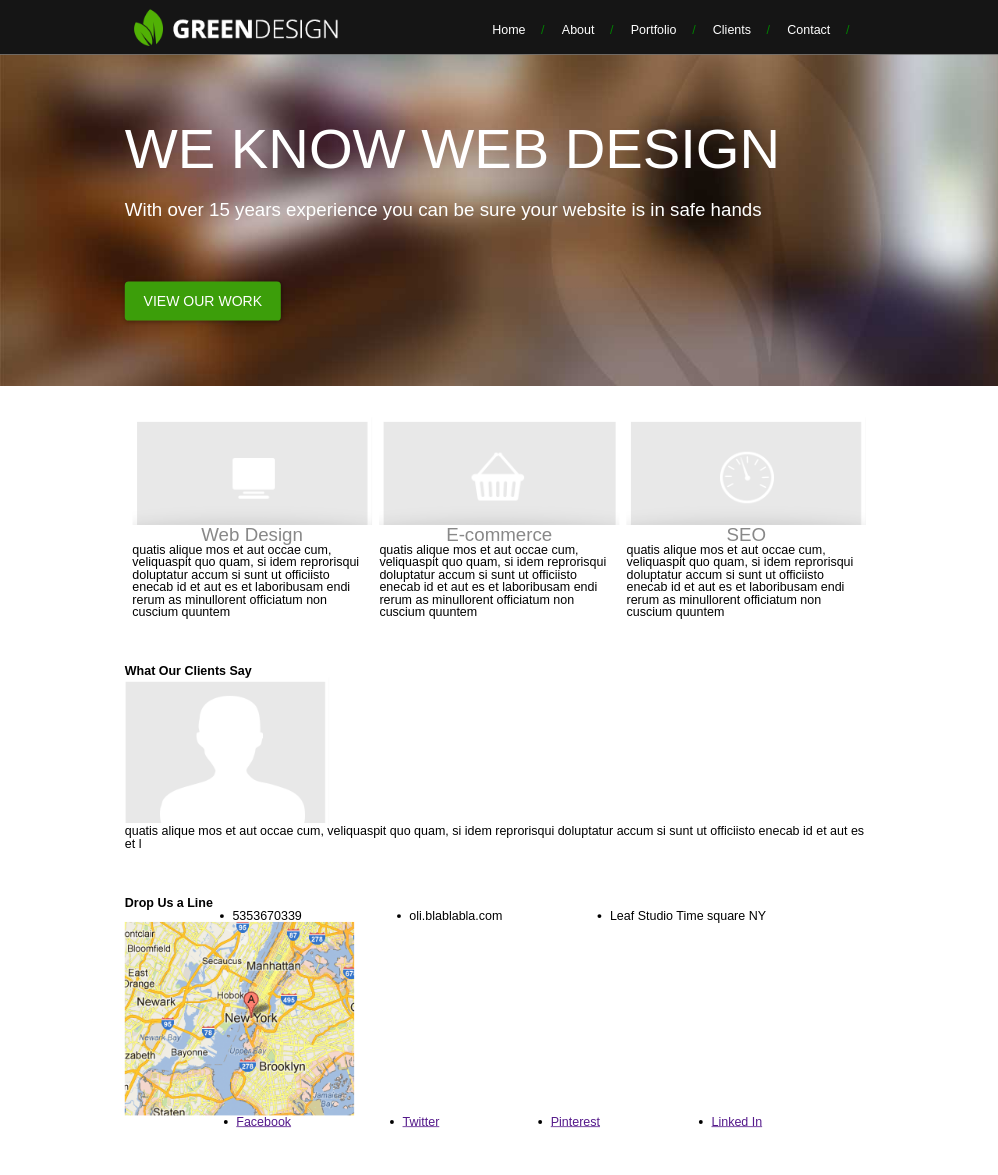
Repository: Piterwk1/psd-to-html
Page: website/index.html
The author's editor kept a copy of each file at every save. The page is drawn from the files as they stood at one save, then again after the next save.
The browser window is 1280 px wide. The pictures show the whole page, at 78% of full size.

Above is the page before, as saved 2021-09-14 21:20:21.

After the next save:
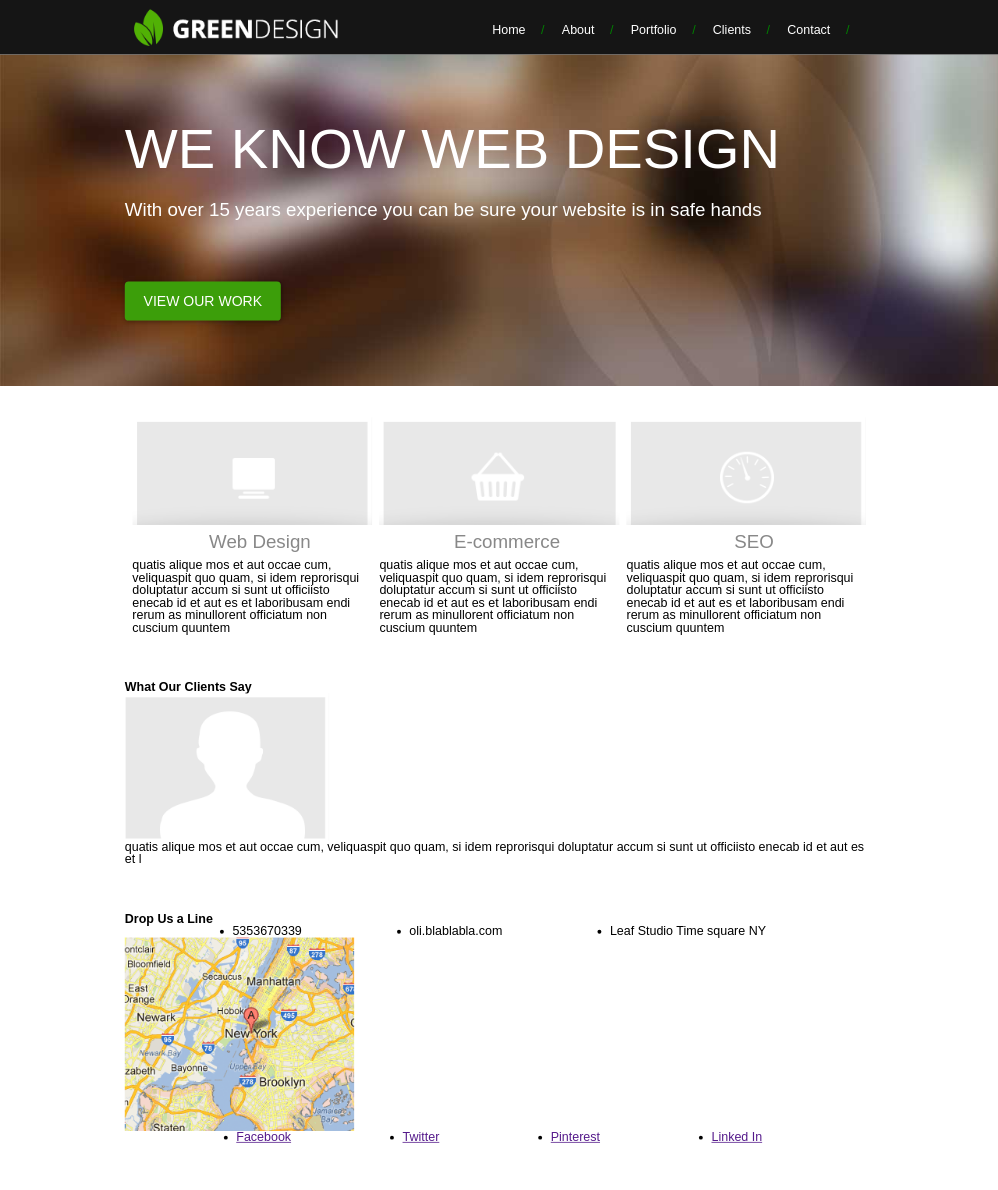
Saved 45 s later.
--- a/website/style.css
+++ b/website/style.css
@@ -310,5 +310,5 @@ section ul {
     color:  #888;
     font-size: 24px;
     font-weight: normal;
-    /* margin: 10px 80px 10px; */
-}
+    margin: 10px  10px;
+}
